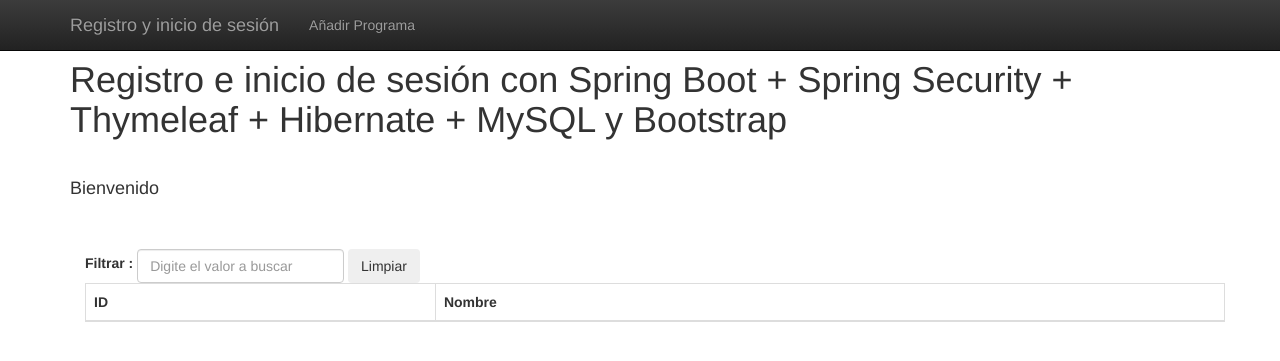
Repository: AndresBR2003/Proyecto-Integrador
Page: http://localhost/index
The author's editor kept a copy of each file at every save. The page is drawn from the files as they stood at one save, then again after the next save.
The browser window is 1280 px wide. The pictures show the whole page.
The page is this project's Thymeleaf template; nobody is signed in. The template is opened directly, without the code that normally fills it, so the values that code supplies are empty.

Above is the page before, as saved 2023-10-14 21:23:45.
Console error (its wording comes from the project's code and is left out).

After the next save:
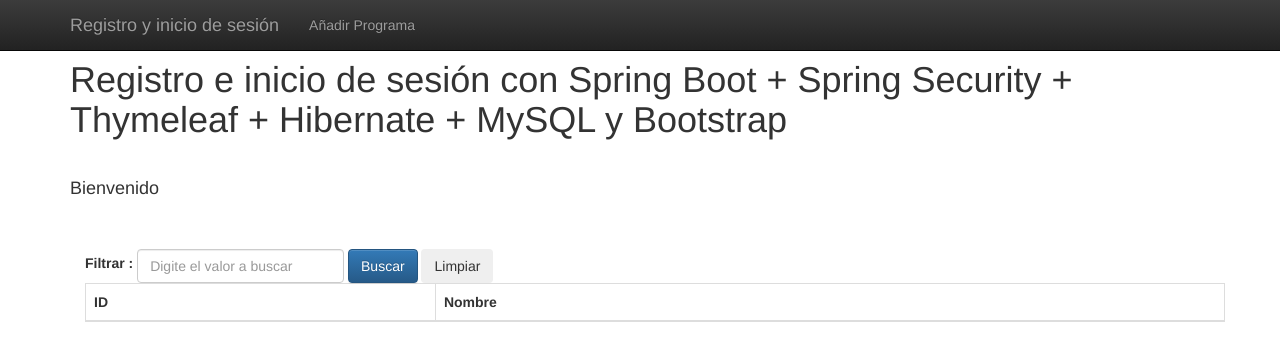
Saved 71 s later.
--- a/UnidosPorUnPerúMejor/src/main/resources/templates/index.html
+++ b/UnidosPorUnPerúMejor/src/main/resources/templates/index.html
@@ -64,6 +64,7 @@
 				<div class="form-group mx-sm-3 mb-2">
 					<input type="text" name="palabraClave" class="form-control" id="palabraClave" th:value="${palabraClave}" placeholder="Digite el valor a buscar" required>
 				</div>
+				<input type="submit" class="btn btn-primary bm-2" value="Buscar">
 				<input type="submit" class="btn btn-secondary bm-2" value="Limpiar">
 			</form>
 		<table class="table table-striped table-bordered">
